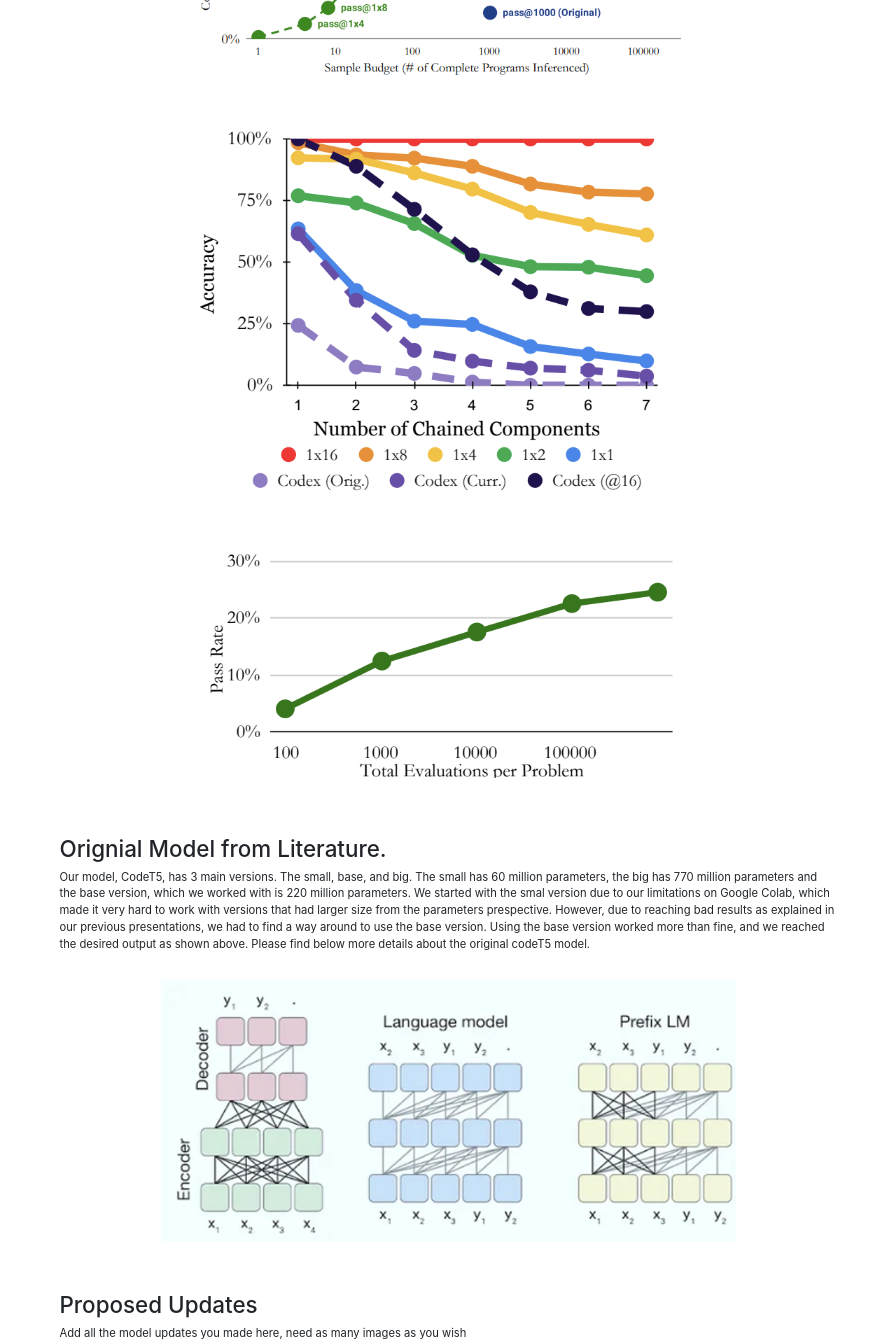
Repository: Shaalan-omar/ConcodePlus
Page: team-specific/index.html
These files come from the project's save history. The page is drawn as it stood at one moment and after the next save; the edit follows.
The browser window is 1280 px wide. The pictures show the part of the page from y = 4580 to 6500 px (the page is 8531 px tall before and 8499 px after), at 70% of full size.

Above is the page before, as saved 2023-05-14 01:29:18.

### team-specific/index.html
<!DOCTYPE html>
<html lang="en">

<head>

  <meta charset="utf-8">
  <meta name="viewport" content="width=device-width, initial-scale=1, shrink-to-fit=no">
  <meta name="description" content="">
  <meta name="author" content="">

  <title>Code Generation / Documentation model based on CodeT5</title>

  <!-- Bootstrap core CSS -->
  <link href="../vendor/bootstrap/css/bootstrap.min.css" rel="stylesheet">

</head>

<body>

  <!-- Navigation -->
  <nav class="navbar navbar-expand-lg navbar-dark bg-dark static-top">
    <div class="container">
      <a class="navbar-brand" href="../home.html">Practical Machine Deep Learning</a>
      <button class="navbar-toggler" type="button" data-toggle="collapse" data-target="#navbarResponsive" aria-controls="navbarResponsive" aria-expanded="false" aria-label="Toggle navigation">
        <span class="navbar-toggler-icon"></span>
      </button>
      <div class="collapse navbar-collapse" id="navbarResponsive">
        <ul class="navbar-nav ml-auto">
          <li class="nav-item active">
            <a class="nav-link" href="../home.html">Home
              <span class="sr-only">(current)</span>
            </a>
          </li>
          <li class="nav-item">
            <a class="nav-link" href="../about.html">About</a>
          </li>
          <li class="nav-item">
            <a class="nav-link" href="../contact.html">Contact</a>
          </li>
        </ul>
      </div>
    </div>
  </nav>

  <!-- Page Content -->
  <div class="container">
    <div class="row">
      <div class="col-lg-12 text-center">
        <h1 class="mt-5">Code Generation / Documentation model based on CodeT5</h1>
        <ul class="list-unstyled">
          <li>Omar Shaalan 900193887</li>
          <li>Kyrollos Zakarya 900203309</li>
        </ul>
      </div>
    </div>


    <div class="row">
      <div class="col-lg-12 text-left">
        <h2 class="mt-5"></h2>
		<p>
			Code generation is a very important in our current daily life. However, the documentation of the code is beyond important too,
      we need the code that is generated to have a documentation generated with it in order to be able to generate a code that is understandable
      and increase the efficency (we increase the efficency of the code by providing commented code, so it will be easier to understand and reuse or extract the
       needed parts from it)
		</p>
      </div>
    </div>

    <div class="row">
      <div class="col-lg-12 text-left">
        <h2 class="mt-5">Dataset</h2>

        <p>
			Our initial plan was to work with the Cocode's task dataset (concode is the code generation task), this was initially our intution
      as our task, ConcodePlus(the commented code generation task), was going to generate the code that concode generated but with comments. However,
      in concode's dataset we only had the code and the Natural Language describing the code, but no dataset had the code itself with comments in the same coloumn,
      this of course limited our ways
      to train the model on genreating a documented code, as we had no clear dataset that had code, comments for that code, all we had was datasets having code and
      a natural language describing the code, as illustrated in the visualization of the Concode's dataset below.
    </p>
    <br/> <!-- Empty Line before the image -->
    <div class="img-container" align="center"> <!-- Block parent element -->
        <img src="resources/images/concode.png" class="img-fluid text-center">
    </div>
    <br/> <!-- Empty Line after the image -->
<p>
  Hence, we had to make a major change, that will allow us to have a dataset that contains a pair consisting of code and a prompt as usual describing
      the code, but in the code's column we added comments to the code itself in the same coloumn.
      This was our own dataset, and we called PyPlus, as this dataset works on Python codes only, and the plus part is because it is the first of its
      type to contain code with detailed comments of the code in the same column, or at least the first
      of its type as an open source dataset, as we have found NO other open source or closed source (but this is hard to make sure of as closed source
      are like a black box, you cannot see what is inside them) dataset in python storing data in that way.
</p>
<br/> <!-- Empty Line before the image -->
<div class="img-container" align="center"> <!-- Block parent element -->
    <img src="resources/images/dataset.png" class="img-fluid text-center">
</div>

      </div>
    </div>

    <div class="row">
      <div class="col-lg-12 text-left">
        <h2 class="mt-5">Input/Output Examples</h2>
   <br>
      </br>
        <h3>
			 Problem statement: -
        </h3>

		<br/> <!-- Empty Line before the image -->
	    <div class="img-container" align="center"> <!-- Block parent element -->
      		<img src="resources/images/Problem_Stat_1.png" class="img-fluid text-center">
    	</div>

    	<br/> <!-- Empty Line after the image -->

      <br/> <!-- Empty Line before the image -->
	    <div class="img-container" align="center"> <!-- Block parent element -->
      		<img src="resources/images/Problem_Stat_2.png" class="img-fluid text-center">
    	</div>


        <br>
      </br>
         <h3>
			 Our Own Output: -
        </h3>

      	    <div class="img-container" align="center"> <!-- Block parent element -->
      		<img src="resources/images/output_real.png" class="img-fluid text-center">
    	</div>
      <!-- <p class = "center">
        Feel the difference?
     </p> -->
     <br>
    </br>

    	<br/> <!-- Empty Line after the image -->
      </div>
    </div>


    <div class="row">
      <div class="col-lg-12 text-left">
        <h2 class="mt-5">State of the art (PARSEL)</h2>

        <p>
			Parsel is an Open AI deep learning project, it has been the state of the art in the field of code generation task aloong with code summrization as shown below in the tables and the graphs.
      It is based on the GPT architecture (Generative Pre-trained Transformer), the version of Parsel mentioned in the tables below is the 1.5B, which refers to the larges Parsel version
      existing as it uses 1.5 Billion parameters.
      Even though it is a open source, the usage of Open AI APIs limited our usage and the freedom of adding our creativity.
		</p>

	  <br/> <!-- Empty Line before the image -->
	    <div class="img-container" align="center"> <!-- Block parent element -->
      		<img src="resources/images/parsel_code_sum.png" class="img-fluid text-center">
    	</div>
    	<br/> <!-- Empty Line after the image -->

    <br/> <!-- Empty Line before the image -->
	    <div class="img-container" align="center"> <!-- Block parent element -->
      		<img src="resources/images/Parsel_code_gen.png" class="img-fluid text-center">
    	</div>
    	<br/> <!-- Empty Line after the image -->
		<br/> <!-- Empty Line before the image -->
	    <div class="img-container" align="center"> <!-- Block parent element -->
      		<img src="resources/images/parsel_1.png" class="img-fluid text-center">
    	</div>
    	<br/> <!-- Empty Line after the image -->

      <br/> <!-- Empty Line before the image -->
	    <div class="img-container" align="center"> <!-- Block parent element -->
      		<img src="resources/images/parsel_2.png" class="img-fluid text-center">
    	</div>
    	<br/> <!-- Empty Line after the image -->

      <br/> <!-- Empty Line before the image -->
	    <div class="img-container" align="center"> <!-- Block parent element -->
      		<img src="resources/images/parsel_3.png" class="img-fluid text-center">
    	</div>
    	<br/> <!-- Empty Line after the image -->
      </div>
    </div>



    <div class="row">
      <div class="col-lg-12 text-left">
        <h2 class="mt-5">Orignial Model from Literature.</h2>

        <p>
			Our model, CodeT5, has 3 main versions. The small, base, and big. The small has 60 million parameters, the big has 770 million parameters and the base version, which we worked with is 220 million parameters.
      We started with the smal version due to our limitations on Google Colab, which made it very hard to work with versions that had larger size from the parameters prespective. However, due to reaching bad results
      as explained in our previous presentations, we had to find a way around to use the base version. Using the base version worked more than fine, and we reached the desired output as shown above. Please find below
      more details about the original codeT5 model.
		</p>

		<br/> <!-- Empty Line before the image -->
	    <div class="img-container" align="center"> <!-- Block parent element -->
      		<img src="resources/images/codet5_arch.png" class="img-fluid text-center">
    	</div>
    	<br/> <!-- Empty Line after the image -->
      </div>
    </div>

    <div class="row">
      <div class="col-lg-12 text-left">
        <h2 class="mt-5">Proposed Updates</h2>

        <p>
			Add all the model updates you made here, need as many images as you wish
		</p>

		<h5 class="mt-5">Update #1: Adding Reinforcement Learning</h5>
		<p>
			Give rewards when the generated documentation along with the code is correct and add negative rewards when the generation is not good.
		</p>
		<br/> <!-- Empty Line before the image -->
	    <div class="img-container" align="center"> <!-- Block parent element -->
      		<img src="resources/images/reinforcement.png" class="img-fluid text-center">
    	</div>
    	<br/> <!-- Empty Line after the image -->
      </div>
    </div>


    <div class="row">
      <div class="col-lg-12 text-left">
        <h2 class="mt-5">Results</h2>

        <p>
			LEFT lehad ma tet7asen Add your results here, add graphs and images to illustrate it.
			Compare your results to the original model and state of the art
		</p>

		<br/> <!-- Empty Line before the image -->
	    <div class="img-container" align="center"> <!-- Block parent element -->
      		<img src="resources/images/results.png" class="img-fluid text-center">
    	</div>
    	<br/> <!-- Empty Line after the image -->
      </div>
    </div>


    <div class="row">
      <div class="col-lg-12 text-left">
        <h2 class="mt-5">Technical report</h2>

        <p>
			LEft Here you will detail the details related to training, for example: Filled With KYRO
		</p>

	 	<ul>
		  <li>Programming framework</li>
		  <li>Training hardware i.e. colab or azure or anything else</li>
		  <li>Training time</li>
		  <li>Number of epochs</li>
		  <li>Time per epoch</li>
		  <li>Any other important detail or difficulties</li>
		</ul>
      </div>
    </div>

	<div class="row">
	  <div class="col-lg-12 text-left">
	    <h2 class="mt-5">Conclusion</h2>

	    <p>
			Conclusion and future work (including lessons learned and interesting findings
		</p>

	  </div>
	</div>

	<div class="row">
	  <div class="col-lg-12 text-left">
	    <h2 class="mt-5">References</h2>

	    <p>
	    	List all references here, the following are only examples
	    </p>

		<ol>
		  <li><a href="https://arxiv.org/pdf/2212.10561v2.pdf">Parsel Paper</a></li>
      li><a href="https://microsoft.github.io/CodeXGLUE/">Parsel Code Summarization Table</a></li>
      <li><a href="https://microsoft.github.io/CodeXGLUE/">Parsel Code Generation Table</a></li>
		  <li><a href="https://arxiv.org/pdf/2109.00859v1.pdf">CodeT5 PaperL</a></li>
		  <li><a href="http://www.google.com">Dataset Link LEFT need to upload it to github</a></li>
		</ol>
	  </div>
	</div>

  </div>



  <!-- Bootstrap core JavaScript -->
  <script src="../vendor/jquery/jquery.slim.min.js"></script>
  <script src="../vendor/bootstrap/js/bootstrap.bundle.min.js"></script>

</body>

</html>

Loaded but not shown: vendor/bootstrap/css/bootstrap.min.css (library); vendor/jquery/jquery.slim.min.js (library); vendor/bootstrap/js/bootstrap.bundle.min.js (library)

After the next save:
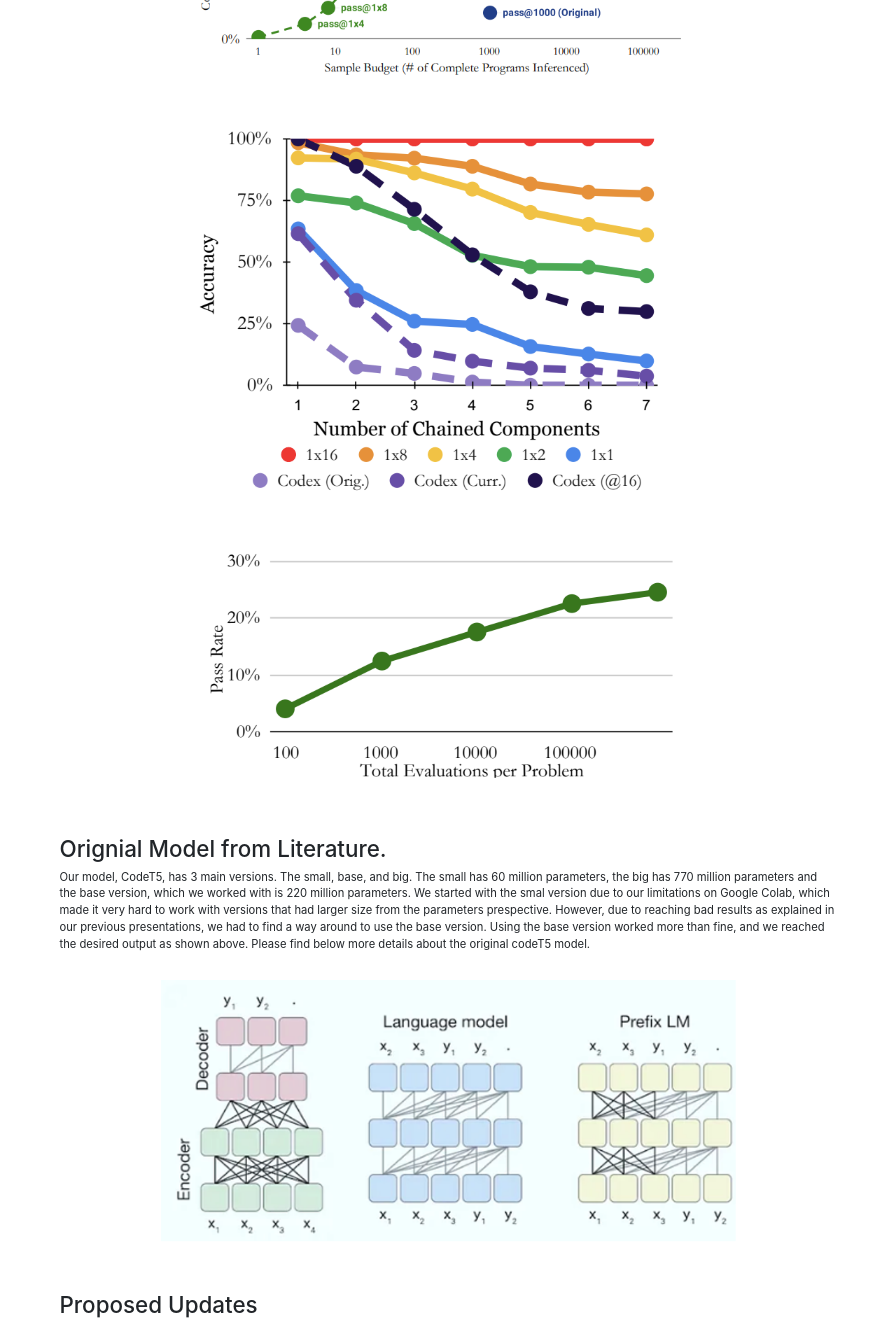
Saved 44 s later.
--- a/team-specific/index.html
+++ b/team-specific/index.html
@@ -209,9 +209,6 @@
       <div class="col-lg-12 text-left">
         <h2 class="mt-5">Proposed Updates</h2>
 
-        <p>
-			Add all the model updates you made here, need as many images as you wish
-		</p>
 
 		<h5 class="mt-5">Update #1: Adding Reinforcement Learning</h5>
 		<p>
